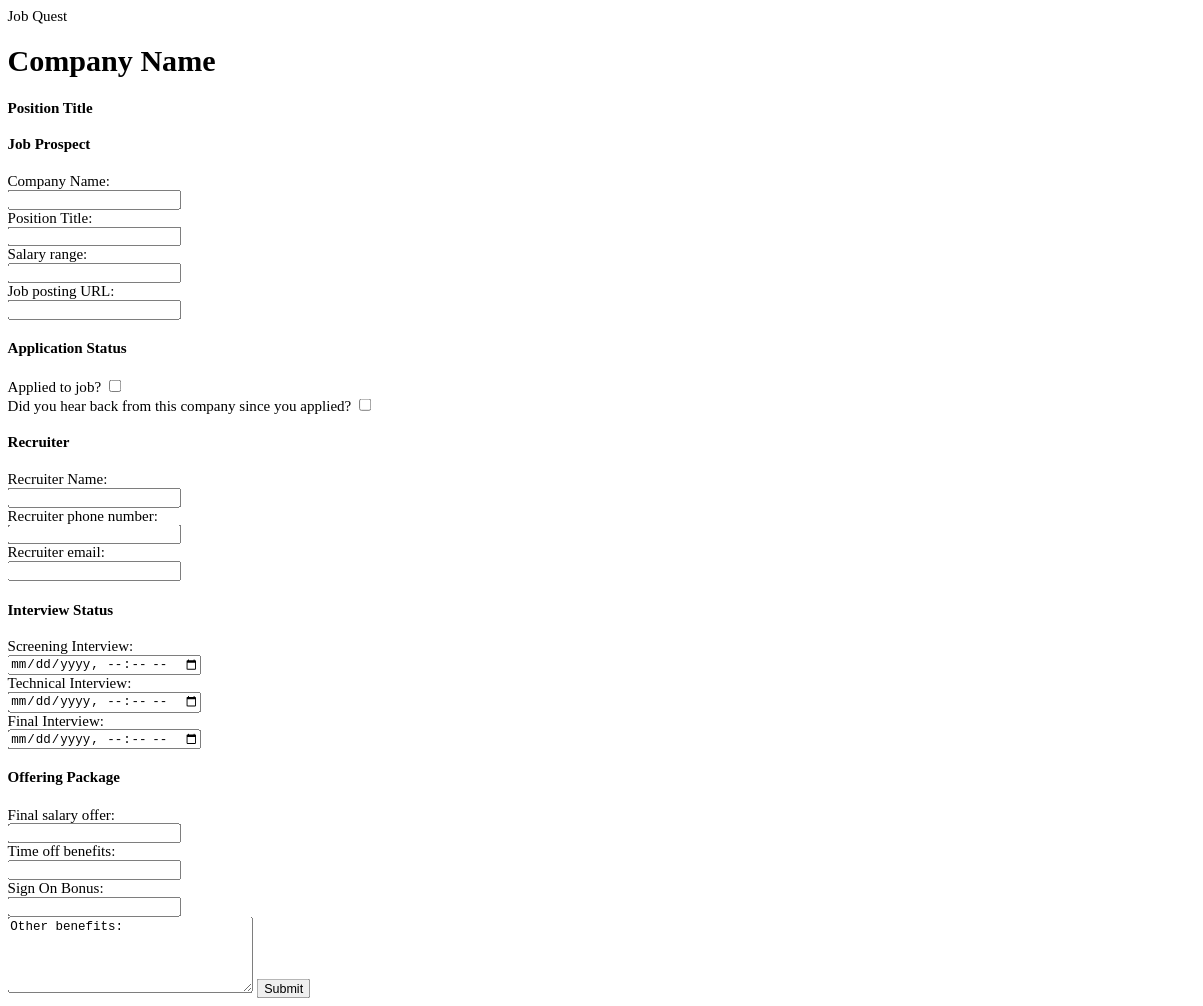
Repository: AllSystemsRGeorge/Job-Quest
Page: utils/mainPageHelper.html
An editor plug-in stored every save of this project. The page is shown before and after the next save, followed by the edit.
The browser window is 1280 px wide. The pictures show the whole page, at 94% of full size.

Above is the page before, as saved 2022-08-04 17:57:38.

After the next save:
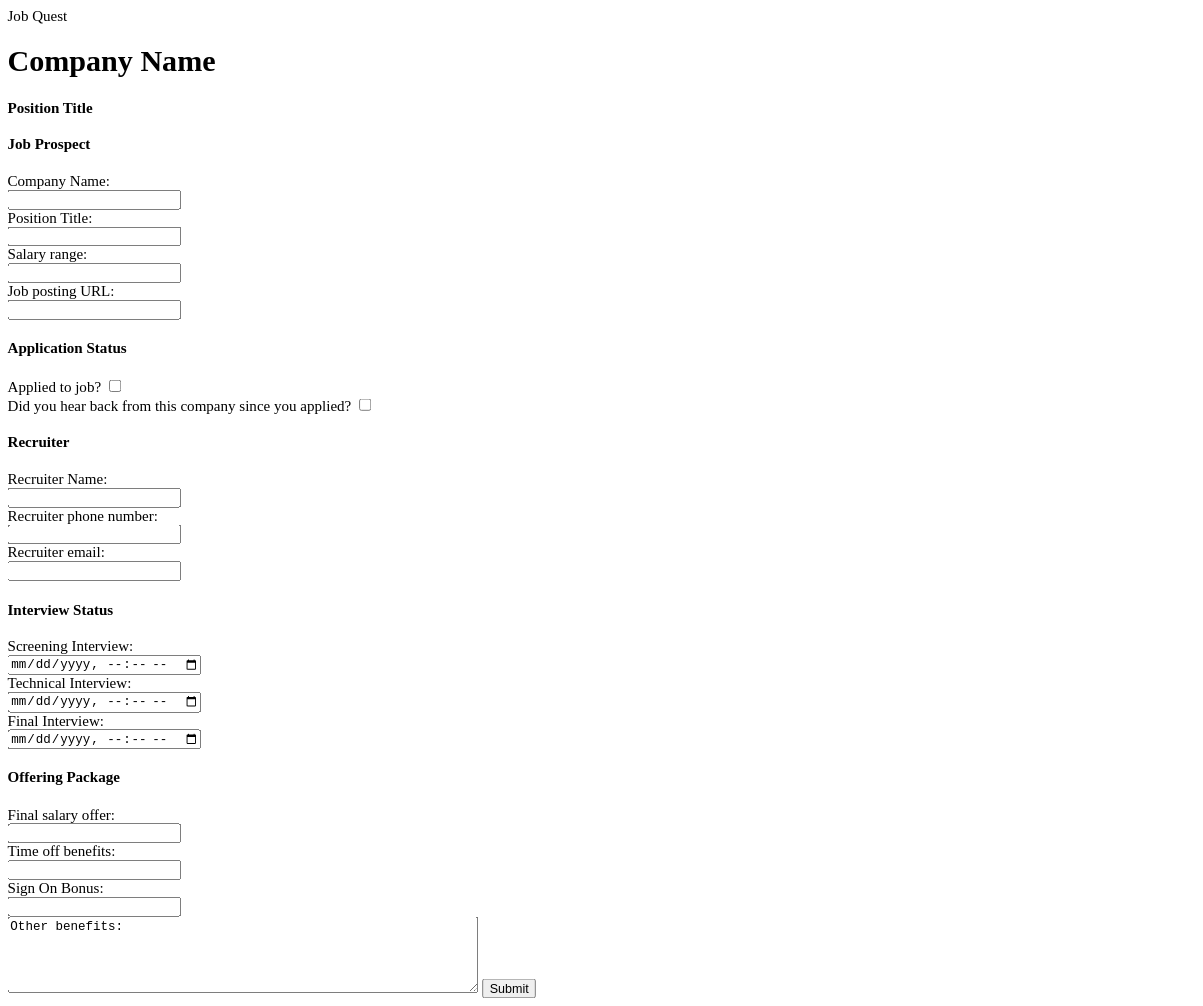
Saved 8 s later.
--- a/utils/mainPageHelper.html
+++ b/utils/mainPageHelper.html
@@ -59,7 +59,7 @@
         <input type="text" name="finalSalary"><br>
         <label for="stockOpt">Sign On Bonus:</label><br>
         <input type="number" name="finalSalary"><br>
-        <textarea name="otherBenefits" id="" cols="30" rows="5">Other benefits:</textarea>
+        <textarea name="otherBenefits" id="" cols="60" rows="5">Other benefits:</textarea>
 
         <input type="submit">
     </form>
